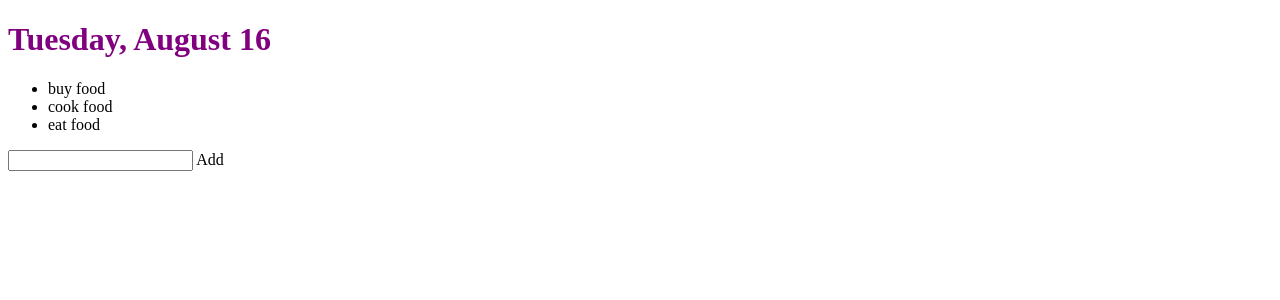
Repository: leyvamn2/todolist
Page: http://localhost/
An editor plug-in stored every save of this project. The page is shown before and after the next save, followed by the edit.
The browser window is 1280 px wide. The pictures show the whole page.
The page is served by the project's Node server (app.js).

Above is the page before, as saved 2022-08-18 19:17:10.

After the next save:
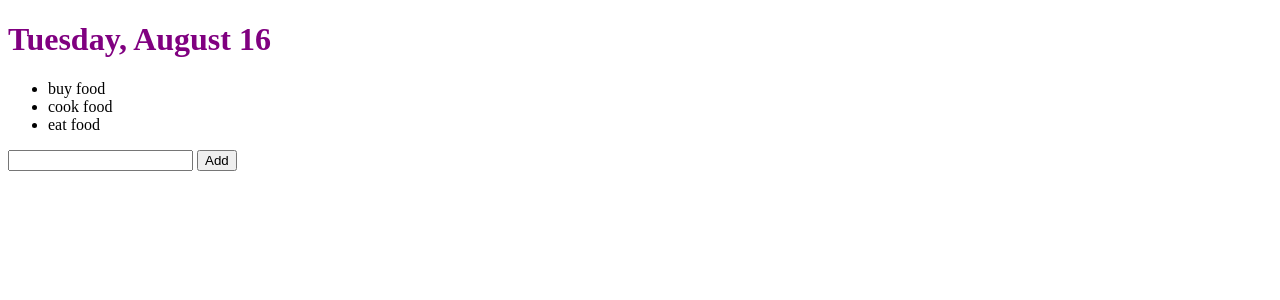
Saved 35 s later.
--- a/views/list.ejs
+++ b/views/list.ejs
@@ -14,7 +14,7 @@
         </ul>
        <form class="submit" action="/" method="post">
         <input type="text" name="newItem">
-        <buton type="submit" name="button">Add</buton>
+        <button type="submit" name="button">Add</button>
 
        </form>
     </body>
